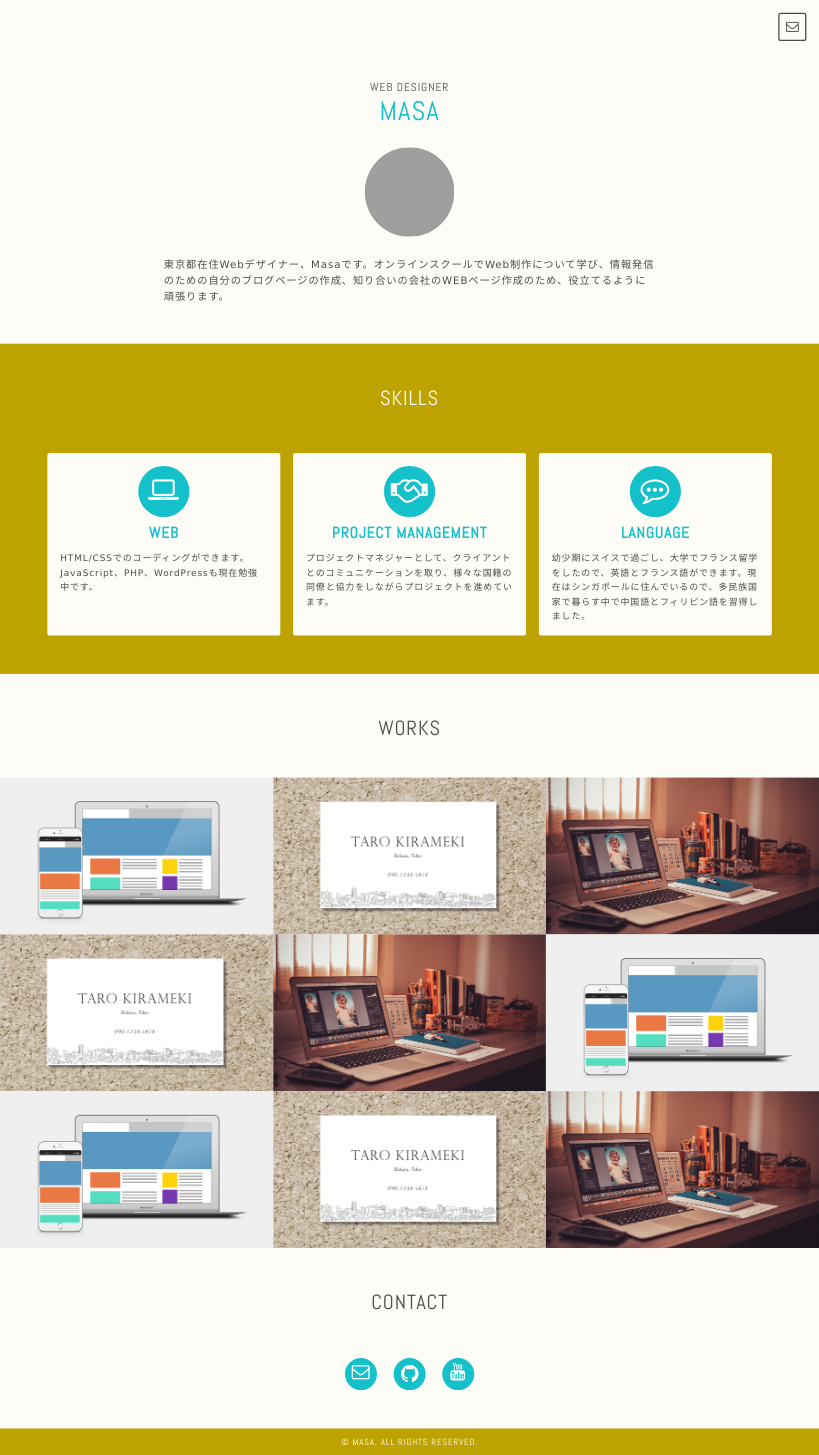
Repository: mochiai0908/maasa
Page: portofolio/index.html
The author's editor kept a record of every edit. The page is drawn from the files as they stood at one moment, then again after the next edit.
The browser window is 1280 px wide. The pictures show the whole page, at 64% of full size.
Pictures or frames that could not be fetched are drawn as grey boxes. Some web libraries are served in a nearby version.

Above is the page before.

After the next edit:
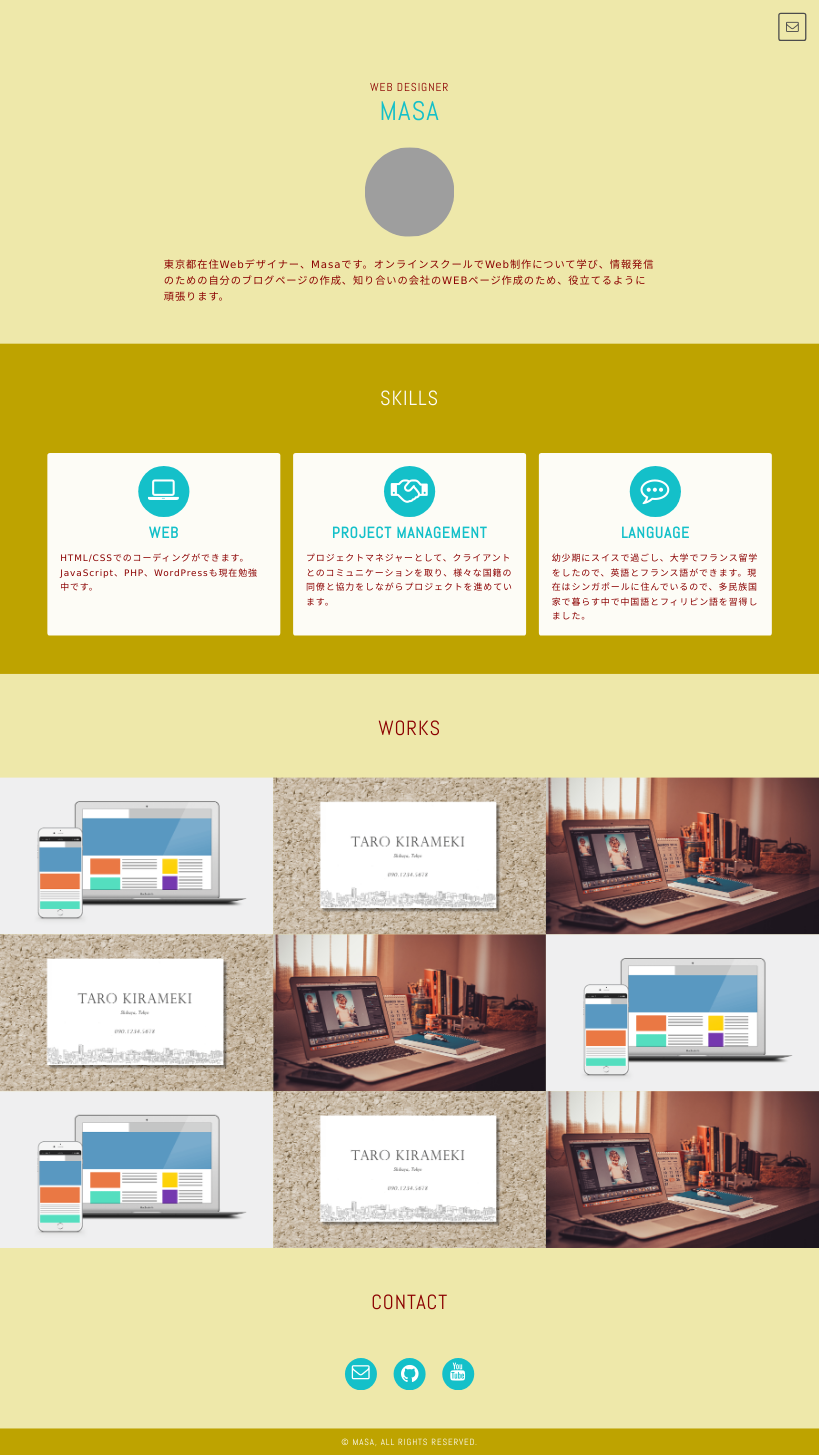
The edit:
--- a/portofolio/css/style.css
+++ b/portofolio/css/style.css
@@ -13,8 +13,8 @@
     font-size: 1.4rem;
     line-height: 1.6;
     letter-spacing: .1em;
-    color: #4c4c4c;
-    background-color: #fdfcf6;
+    color: #8b0000;
+    background-color: #eee8aa;
 }
 
 a
